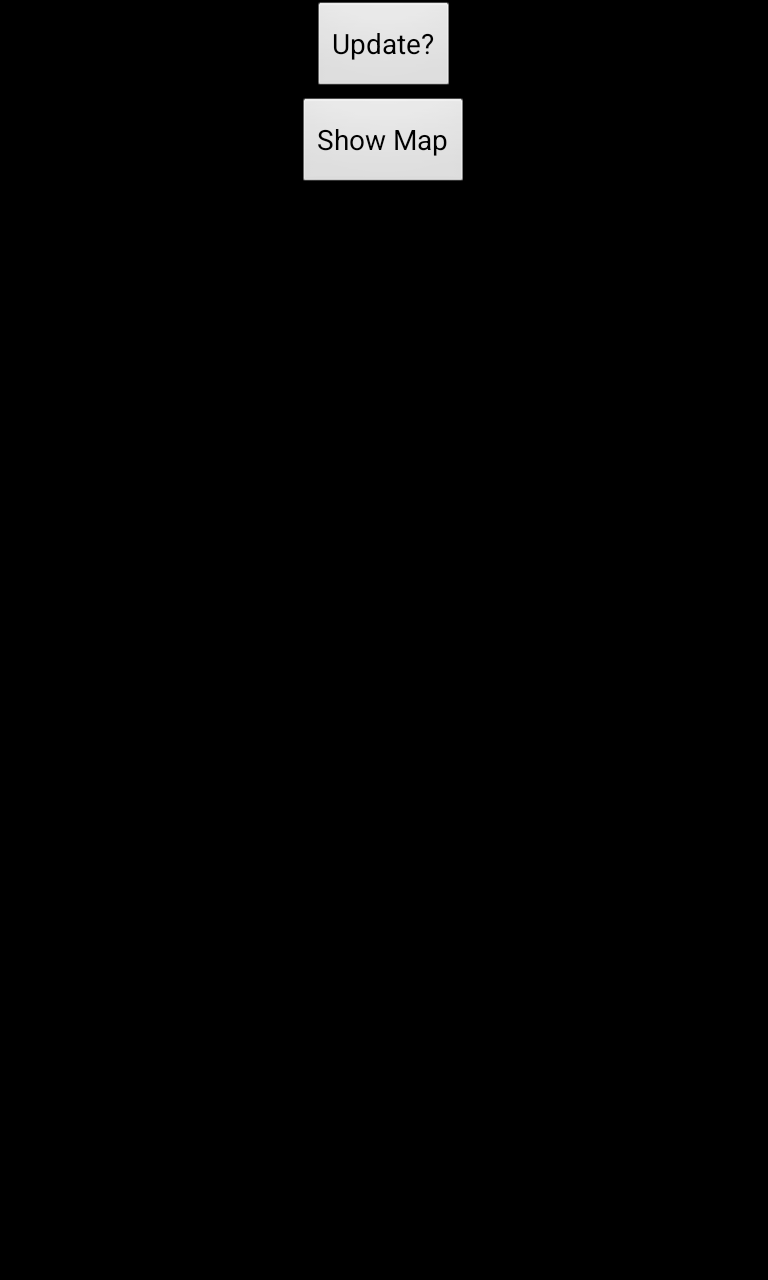
Repository: kolphi/Mapp
Layout: LinzGuide/res/layout/poi_cat.xml
These files come from the project's save history. The layout is drawn as it stood at one moment and after the next save; the edit follows.
It is drawn on a 768 x 1280 px phone screen (xhdpi) without system bars, with theme android:Theme; the app's code is not run. Lists and similar views that code fills are empty.

Above is the layout before, as saved 2012-03-05 14:08:57.

After the next save:
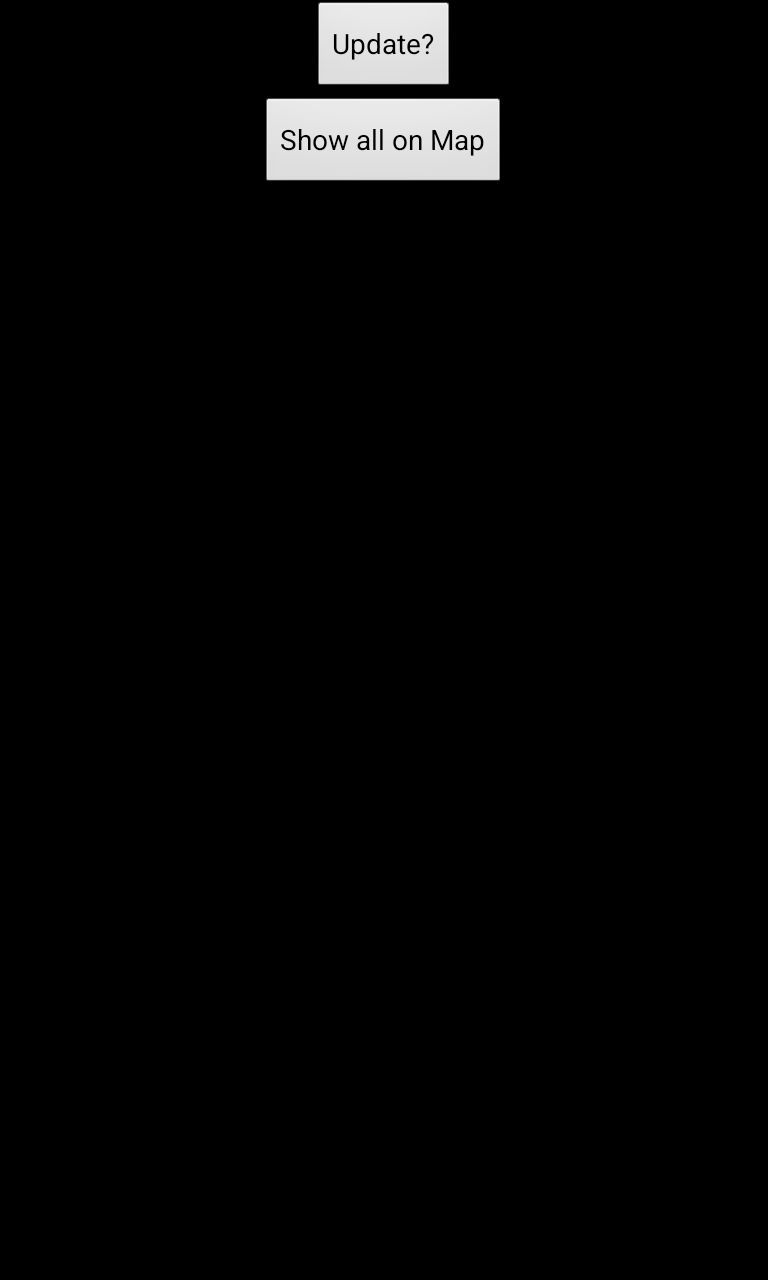
Saved 19 s later.
--- a/LinzGuide/res/layout/poi_cat.xml
+++ b/LinzGuide/res/layout/poi_cat.xml
@@ -13,7 +13,7 @@
     <Button
         android:layout_width="wrap_content"
         android:layout_height="wrap_content"
-        android:text="Show Map"
+        android:text="Show all on Map"
         android:onClick="showMap" />
 
     <ListView
